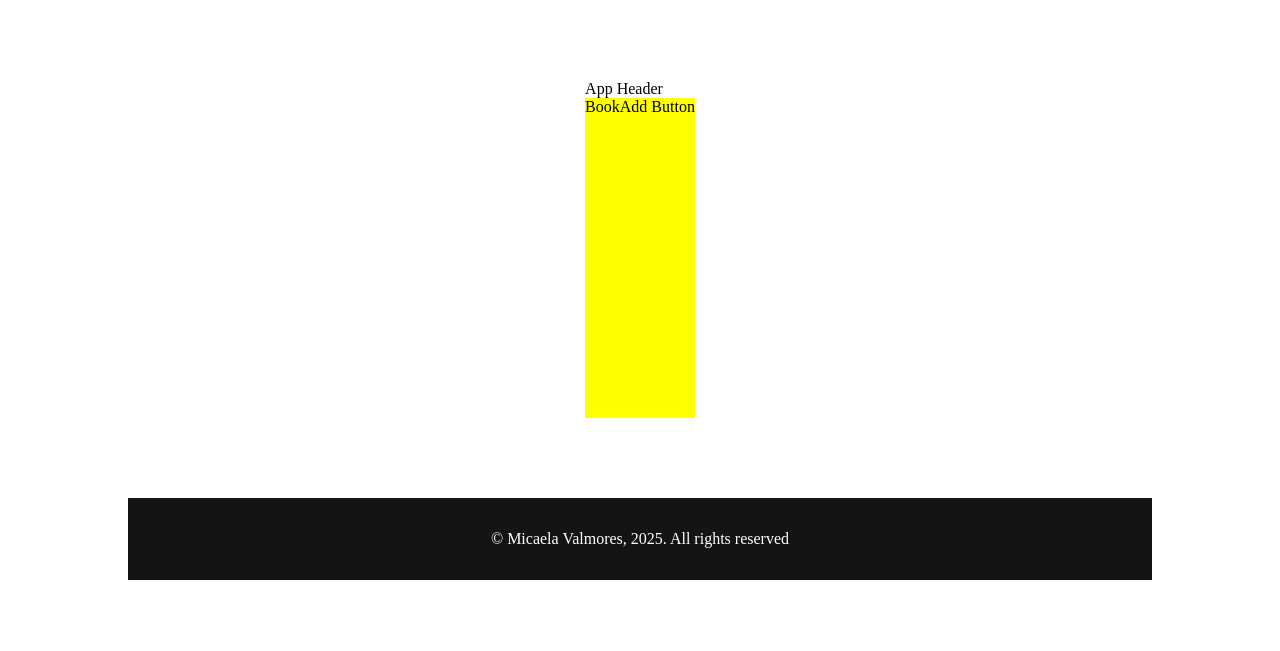
Repository: Micaelavalmores/COMP3170-Data-Fetching
Page: /
The author's editor kept a copy of each file at every save. The page is drawn from the files as they stood at one save, then again after the next save.
The browser window is 1280 px wide. The pictures show the whole page.
The project was rebuilt for these pictures with package versions that can differ from the ones it lists, and the page was loaded fresh each time. Also part of the build but not shown: vite.config.js.

Above is the page before, as saved 2025-09-22 17:58:26.

### index.html
<!doctype html>
<html lang="en">
  <head>
    <meta charset="UTF-8" />
    <meta name="viewport" content="width=device-width, initial-scale=1.0" />
    <title>Book Catalog</title>
  </head>
  <body>
    <div id="root"></div>
    <script type="module" src="/src/main.jsx"></script>
  </body>
</html>

### src/index.css
body {
  margin: 0 auto;
}

.app {
  display: flex;
  flex-direction: column;
  width: 80%;
  margin: 0 auto;
  background: #fff;
  min-height: 100%;
  justify-content: space-between;

  footer {
    padding: 0 2em;
    background: #141414;
    color: #fff;

    p {
        text-align: center;
        padding: 1em 0;
    }
  }

  .content {
    margin: 2em auto;
    padding: 3em 0;
  }

  .mainContent {
    height: 20em;
    width: 100%;
    background: yellow;
  }

}

### src/App.jsx
import Footer from "./components/Footer";
import Book from "./components/Book";
import AppHeader from "./components/AppHeader";
import AddButton from "./components/AddButton";


function App () {
  return (
    <div className="app">
      <section className="content">
        <AppHeader />
        <div className="mainContent">
          <Book />
          <AddButton />
        </div>
      </section>
        <Footer />
    </div>
  )
}

export default App;

### src/components/Footer.jsx
function Footer() {
    return (
        <footer>
            <p>&copy; Micaela Valmores, 2025. All rights reserved</p>
        </footer>
    );
}

export default Footer;

### src/components/Book.jsx
function Book () {
    return 'Book';
}

export default Book;

### src/components/AppHeader.jsx


function AppHeader () {
    return 'App Header';
}

export default AppHeader;

### src/components/AddButton.jsx
function AddButton () {
    return `Add Button`;
}

export default AddButton;

Loaded but not shown: src/main.jsx (common file)

After the next save:
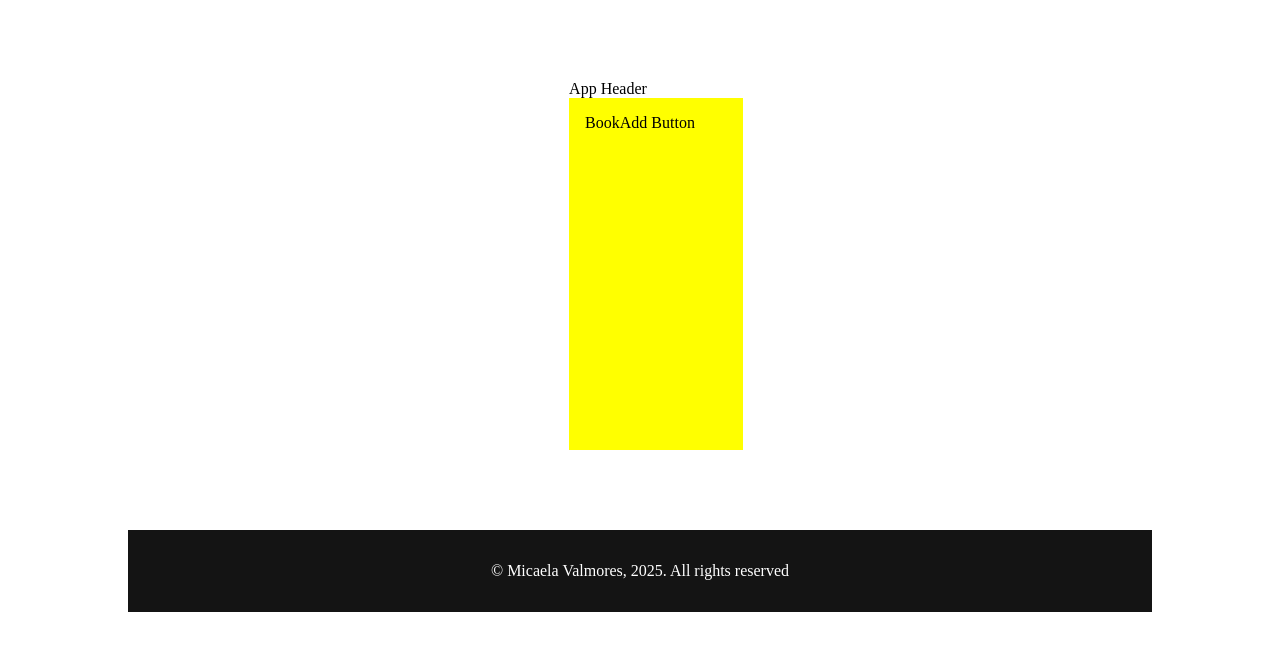
Saved 12 s later.
--- a/src/index.css
+++ b/src/index.css
@@ -31,6 +31,7 @@ body {
     height: 20em;
     width: 100%;
     background: yellow;
+    padding: 1em;
   }
 
 }
